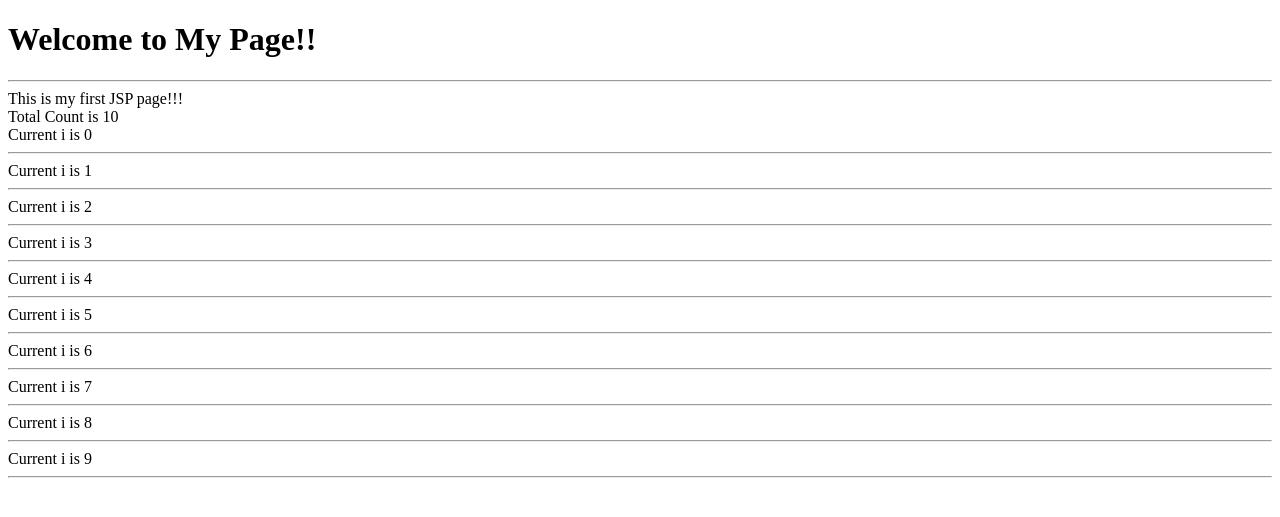
Repository: an-sehyeon/web_inworld
Page: http://localhost/web/01_script_test.jsp
These files come from the project's save history. The page is drawn as it stood at one moment and after the next save; the edit follows.
The browser window is 1280 px wide. The pictures show the whole page.
The page is served by Tomcat 10. Other server files are loaded and not shown.

Above is the page before, as saved 2024-12-14 06:00:48.

### web_inwolrd/04_Servlet/dev/web/src/main/webapp/01_script_test.jsp
<%@ page language="java" contentType="text/html; charset=UTF-8"
    pageEncoding="UTF-8"%>
<!DOCTYPE html>
<html>
<head>
<meta charset="UTF-8">
<title>Welcome</title>
</head>
<body>
	<h1>Welcome to My Page!!</h1>
	<hr>
	<!-- JSP declaration Tag -->
	<%!
		int count = 10;
		String color = "magenta";
		String makeLower(String data) {				// 소문자 만들기
			return data.toLowerCase();
		}
	%>

	<!-- JSP Scriptlet -->
	<%
		out.println("This is my first JSP page!!!<br>");	// 사용자가 보이는 화면에 출력
		System.out.println("드디어 출력했다...");				// 내부 콘솔에 출력
		out.println("Total Count is " + count + "<br>");
		for(int i = 0; i < count; i++){
			out.println("Current i is " + i + "<br>");
			out.println("<hr>");
		}
	%>
</body>
</html>

After the next save:
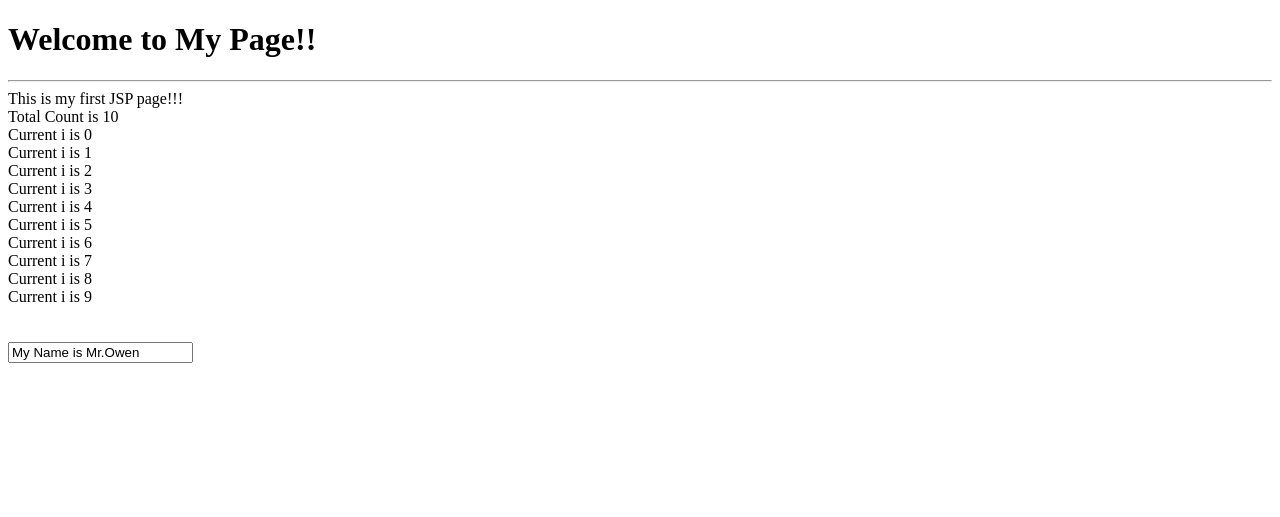
Saved 3 min 20 s later.
--- a/web_inwolrd/04_Servlet/dev/web/src/main/webapp/01_script_test.jsp
+++ b/web_inwolrd/04_Servlet/dev/web/src/main/webapp/01_script_test.jsp
@@ -13,7 +13,7 @@
 	<%!
 		int count = 10;
 		String color = "magenta";
-		String makeLower(String data) {				// 소문자 만들기
+		String makeLower(String data) {						// 소문자 만들기
 			return data.toLowerCase();
 		}
 	%>
@@ -25,8 +25,20 @@
 		out.println("Total Count is " + count + "<br>");
 		for(int i = 0; i < count; i++){
 			out.println("Current i is " + i + "<br>");
-			out.println("<hr>");
+			// out.println("<hr>");
 		}
 	%>
+
+	<br><br>
+
+	<!-- JSP Expression -->
+	<!-- 절대 세미콜론을 넣으면 안됨 -->
+	<input type="text" value="My Name is Mr.Owen"><br>
+
+
+
+
+
+
 </body>
 </html>
